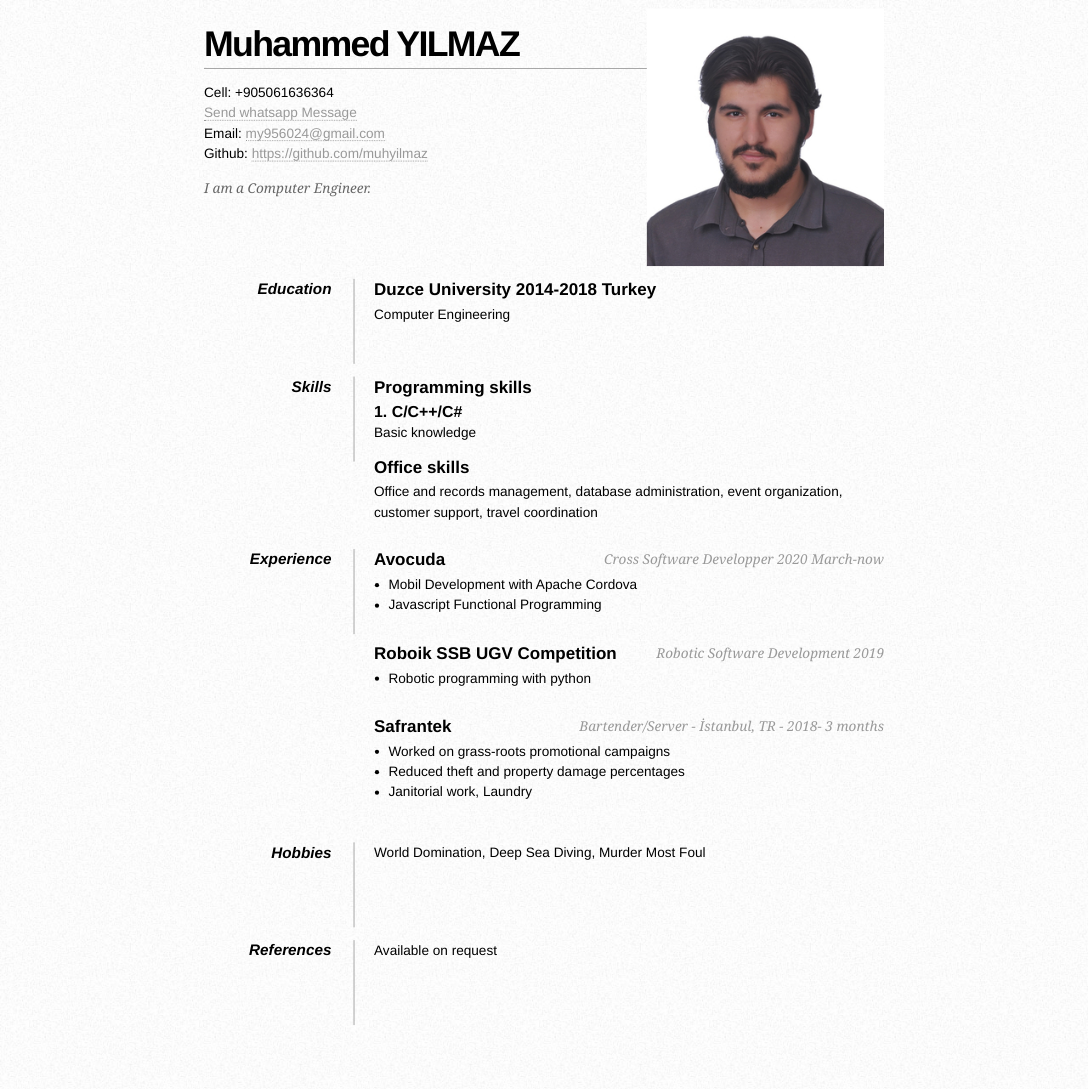
Repository: muhyilmaz/muhyilmaz.github.io
Page: index.html
These files come from the project's save history. The page is drawn as it stood at one moment and after the next save; the edit follows.
The browser window is 1280 px wide. The pictures show the whole page, at 85% of full size.

Above is the page before, as saved 2020-06-07 01:55:06.

### index.html
<!DOCTYPE html PUBLIC "-//W3C//DTD XHTML 1.0 Strict//EN"
"http://www.w3.org/TR/xhtml1/DTD/xhtml1-strict.dtd">

<html xmlns="http://www.w3.org/1999/xhtml" xml:lang="en" lang="en">

<head>
     <meta http-equiv="Content-Type" content="text/html; charset=utf-8"/>

     <title>MUHAMMED YILMAZ</title>

     <style type="text/css">
        * { margin: 0; padding: 0; }
        body { font: 16px Helvetica, Sans-Serif; line-height: 24px; background: url(images/noise.jpg); }
        .clear { clear: both; }
        #page-wrap { width: 800px; margin: 40px auto 60px; }
        #pic { float: right; margin: -30px 0 0 0; }
        h1 { margin: 0 0 16px 0; padding: 0 0 16px 0; font-size: 42px; font-weight: bold; letter-spacing: -2px; border-bottom: 1px solid #999; }
        h2 { font-size: 20px; margin: 0 0 6px 0; position: relative; }
        h2 span { position: absolute; bottom: 0; right: 0; font-style: italic; font-family: Georgia, Serif; font-size: 16px; color: #999; font-weight: normal; }
        p { margin: 0 0 16px 0; }
        a { color: #999; text-decoration: none; border-bottom: 1px dotted #999; }
        a:hover { border-bottom-style: solid; color: black; }
        ul { margin: 0 0 32px 17px; }
        #objective { width: 500px; float: left; }
        #objective p { font-family: Georgia, Serif; font-style: italic; color: #666; }
        dt { font-style: italic; font-weight: bold; font-size: 18px; text-align: right; padding: 0 26px 0 0; width: 150px; float: left; height: 100px; border-right: 1px solid #999;  }
        dd { width: 600px; float: right; }
        dd.clear { float: none; margin: 0; height: 15px; }
     </style>
</head>

<body>

    <div id="page-wrap">

        <img src="images/profileres.jpg" alt="Photo of Cthulu" id="pic" />

        <div id="contact-info" class="vcard">

            <!-- Microformats! -->

            <h1 class="fn">Muhammed YILMAZ</h1>

            <p>
                Cell: <span class="tel">+905061636364</span><br />
                <a href="https://api.whatsapp.com/send?phone=905061636364">Send whatsapp Message</a><br />
                Email: <a class="email" href="mailto:my956024@gmail.com">my956024@gmail.com</a><br />
                Github: <a href="https://github.com/muhyilmaz">https://github.com/muhyilmaz</a>
            </p>
        </div>

        <div id="objective">
            <p>
                I am a Computer Engineer.
            </p>
        </div>

        <div class="clear"></div>

        <dl>
            <dd class="clear"></dd>

            <dt>Education</dt>
            <dd>
                <h2>Duzce University 2014-2018 Turkey</h2>
                <p> Computer Engineering </br>

				</p>
            </dd>

            <dd class="clear"></dd>

            <dt>Skills</dt>
            <dd>
                <!---
				<h2>Office skills</h2>
                <p>Office and records management, database administration, event organization, customer support, travel coordination</p>

                <h2>Computer skills</h2>
                <p>Microsoft productivity software (Word, Excel, etc), Adobe Creative Suite, Windows</p>
				-->
				<h2>Programming skills</h2>
				<h3>1. C/C++/C# </h3>
                <p>Basic knowledge </p>

				<h2>Office skills</h2>
                <p>Office and records management, database administration, event organization, customer support, travel coordination</p>
			</dd>

            <dd class="clear"></dd>

            <dt>Experience</dt>
            <dd>
                <h2>Avocuda <span>Cross Software Developper 2020 March-now</span></h2>
                <ul>
                    <li> Mobil Development with Apache Cordova</li>
					<li> Javascript Functional Programming</li>

                </ul>
                <h2>Roboik SSB UGV Competition <span>Robotic Software Development 2019</span></h2>
                <ul>
                    <li>Robotic programming with python</li>

                </ul>
                <h2>Safrantek <span>Bartender/Server - İstanbul, TR - 2018- 3 months</span></h2>
                <ul>
                    <li>Worked on grass-roots promotional campaigns</li>
                    <li>Reduced theft and property damage percentages</li>
                    <li>Janitorial work, Laundry</li>
                </ul>
            </dd>

            <dd class="clear"></dd>

            <dt>Hobbies</dt>
            <dd>World Domination, Deep Sea Diving, Murder Most Foul</dd>

            <dd class="clear"></dd>

            <dt>References</dt>
            <dd>Available on request</dd>

            <dd class="clear"></dd>
        </dl>

        <div class="clear"></div>

    </div>

</body>

</html>

After the next save:
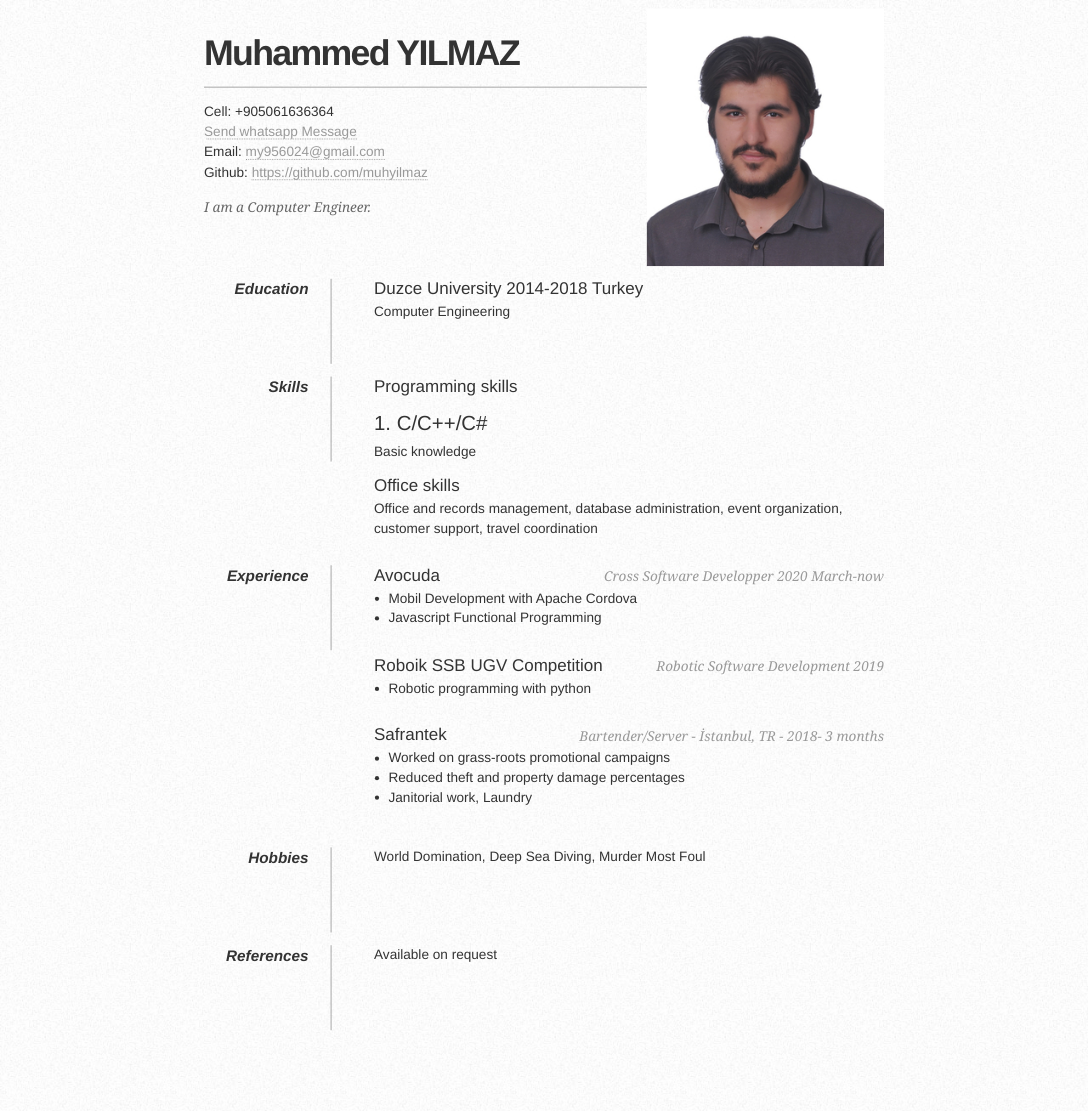
Saved 24 min 2 s later.
--- a/index.html
+++ b/index.html
@@ -5,7 +5,10 @@
 
 <head>
      <meta http-equiv="Content-Type" content="text/html; charset=utf-8"/>
-
+     <meta name="viewport" content="width=device-width, initial-scale=1">
+     <link rel="stylesheet" href="https://maxcdn.bootstrapcdn.com/bootstrap/3.4.1/css/bootstrap.min.css">
+     <script src="https://ajax.googleapis.com/ajax/libs/jquery/3.5.1/jquery.min.js"></script>
+     <script src="https://maxcdn.bootstrapcdn.com/bootstrap/3.4.1/js/bootstrap.min.js"></script>
      <title>MUHAMMED YILMAZ</title>
 
      <style type="text/css">
